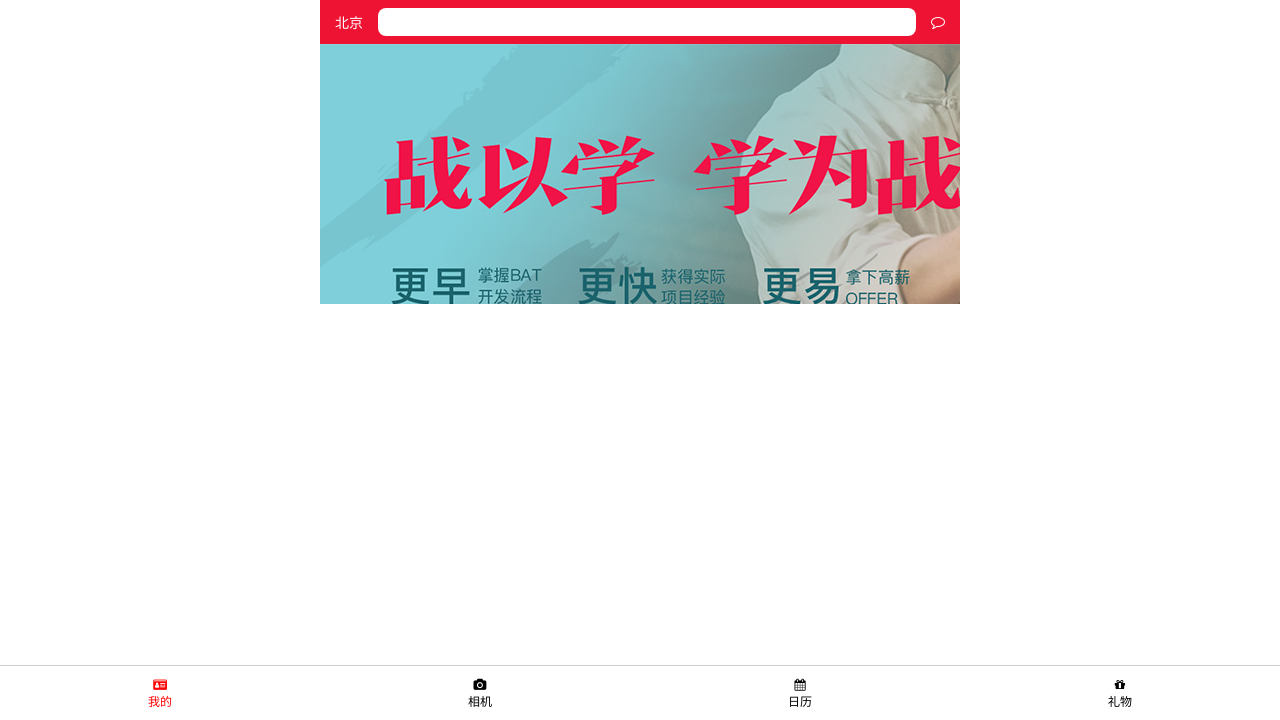
Repository: zhenzhen-gong/flextContent
Page: index.html
The author's editor kept a copy of each file at every save. The page is drawn from the files as they stood at one save, then again after the next save.
The browser window is 1280 px wide. The pictures show the whole page.

Above is the page before, as saved 2020-06-18 17:44:29.

### index.html
<!DOCTYPE html>
<html lang="en">
<head>
    <meta charset="UTF-8">
    <meta name="viewport" content="width=device-width, initial-scale=1.0">
    <title>移动端响应式小项目</title>
    <link rel="stylesheet" href="css/style.css">
    <link rel="stylesheet" href="css/font-awesome/css/font-awesome.min.css">
    <script src="http://cdn.bootcss.com/jquery/1.12.4/jquery.js"></script>
    <script src="script.js"></script>
</head>
<body>
    <div class="Tbox">
        <header>
            <a href="#" class="left-address">北京</a>
            <input class="middle-form" name="search">
            <a href="#" class="right-message">
                <i class="fa fa-comment-o"></i>
            </a>
        </header>
        <section>
            <div class="imgBox">
                <div class="imgcontent"><img src="img/banner1.jpg" alt="图片加载失败"></div>
                <div class="imgcontent"><img src="img/banner2.jpg" alt="图片加载失败"></div>
                <div class="imgcontent"><img src="img/banner3.jpg" alt="图片加载失败"></div>
                <div class="imgcontent"><img src="img/banner4.jpg" alt="图片加载失败"></div>
            </div>
            <div class="imgCircle">
                <span></span>
                <span></span>
                <span></span>
                <span></span>
            </div>
        </section>
    </div>
    <footer>
        <div class="active">
            <a href="#" class="active">
                <i class="fa fa-id-card"></i>
            </a>
            我的
        </div>
        <div>
            <a href="#">
                <i class="fa fa-camera"></i>
            </a>
            相机
        </div>
        <div>
            <a href="#">
                <i class="fa fa-calendar"></i>
            </a>
            日历
        </div>
        <div>
            <a href="#">
                <i class="fa fa-gift"></i>
            </a>
            礼物
        </div>
    </footer>
</body>
</html>

### css/style.css
/* css初始化 */
*{
    margin: 0;
    padding: 0;
    border: none;
}
body{
    font-size: 14px;
    font-family: 'Franklin Gothic Medium', 'Arial Narrow', Arial, sans-serif;
}
a{
    text-decoration: none;
    color: black;
}
/* 正文部分 */
.Tbox{
    width: 640px;
    position: absolute;
    left: 0;
    right: 0;
    margin: 0 auto;
    background: sandybrown;
}
/* 头部导航 */
.Tbox>header{
   height: 44px;
   padding: 0 15px;
   background: #ef1333;
   display: flex;
   align-items: center;
}
.Tbox>header>a.left-address{
    margin-right: 15px;
    color: #ffffff;
}
.Tbox>header>input.middle-form{
   flex: 1;
   box-sizing: border-box;
   height: 28px;
   border-radius: 8px;
   border: none;
}
.Tbox>header>a.right-message{
    margin-left: 15px;
    color: #ffffff;
}
/* 图片轮播 */
section>div.imgBox{
    height: 260px;
    width: 100%;
    position: relative;
    overflow: hidden;
}



/* 页脚部分 */
footer{
    position: fixed;
    bottom: 0;
    height: 54px;
    width: 100%;
    font-size: 12px;
    display: flex;
    align-items: center;
    text-align: center;
    background: #ffffff;;
    border-top: 1px solid #cccccc;
}
footer>div{
    flex: 1;
}
footer>div.active{
    color: red;
}
footer>div>a{
    display: block;
}
footer>div>a.active{
    color: red;
}

### script.js
window.onload = function () {





}

Loaded but not shown: css/font-awesome/css/font-awesome.min.css (library)

After the next save:
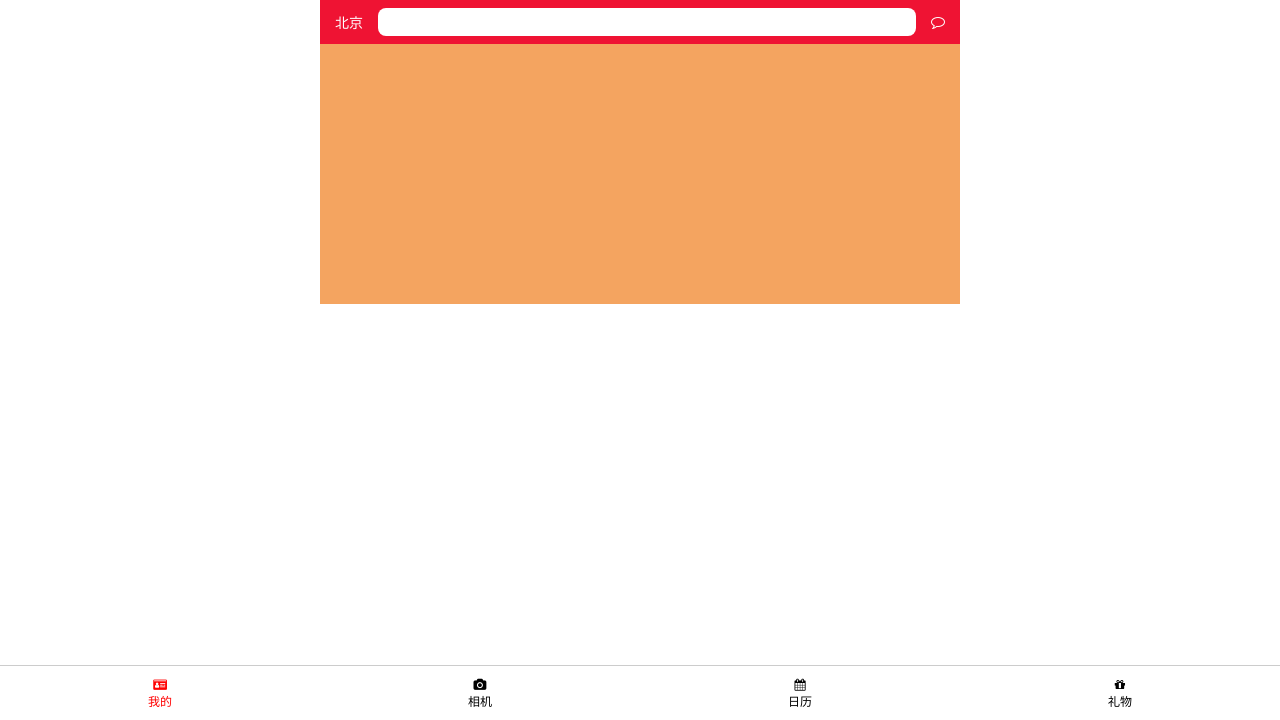
Saved 91 s later.
--- a/css/style.css
+++ b/css/style.css
@@ -51,6 +51,13 @@
     position: relative;
     overflow: hidden;
 }
+section>div.imgBox>div.imgcontent{
+    position: absolute;
+    height: 260px;
+    width: 100%;
+    overflow: hidden;
+    display: none;
+}
 
 
 

After the 2 saves that followed:
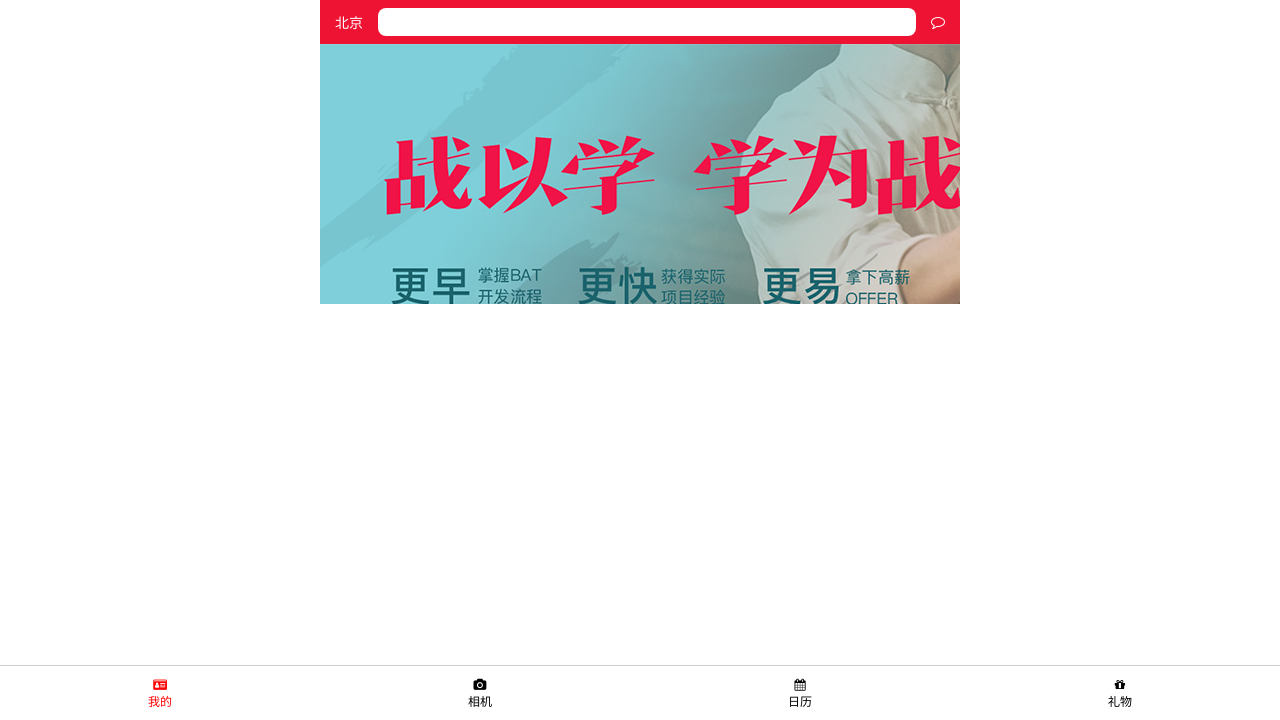
The 2 saves are shown as one change because 1 left the picture as it was.
The last was saved 84 s later.
--- a/index.html
+++ b/index.html
@@ -20,7 +20,7 @@
         </header>
         <section>
             <div class="imgBox">
-                <div class="imgcontent"><img src="img/banner1.jpg" alt="图片加载失败"></div>
+                <div class="imgcontent active"><img src="img/banner1.jpg" alt="图片加载失败"></div>
                 <div class="imgcontent"><img src="img/banner2.jpg" alt="图片加载失败"></div>
                 <div class="imgcontent"><img src="img/banner3.jpg" alt="图片加载失败"></div>
                 <div class="imgcontent"><img src="img/banner4.jpg" alt="图片加载失败"></div>
--- a/css/style.css
+++ b/css/style.css
@@ -58,7 +58,9 @@
     overflow: hidden;
     display: none;
 }
-
+section>div.imgBox>div.active{
+    display: block;
+}
 
 
 /* 页脚部分 */
